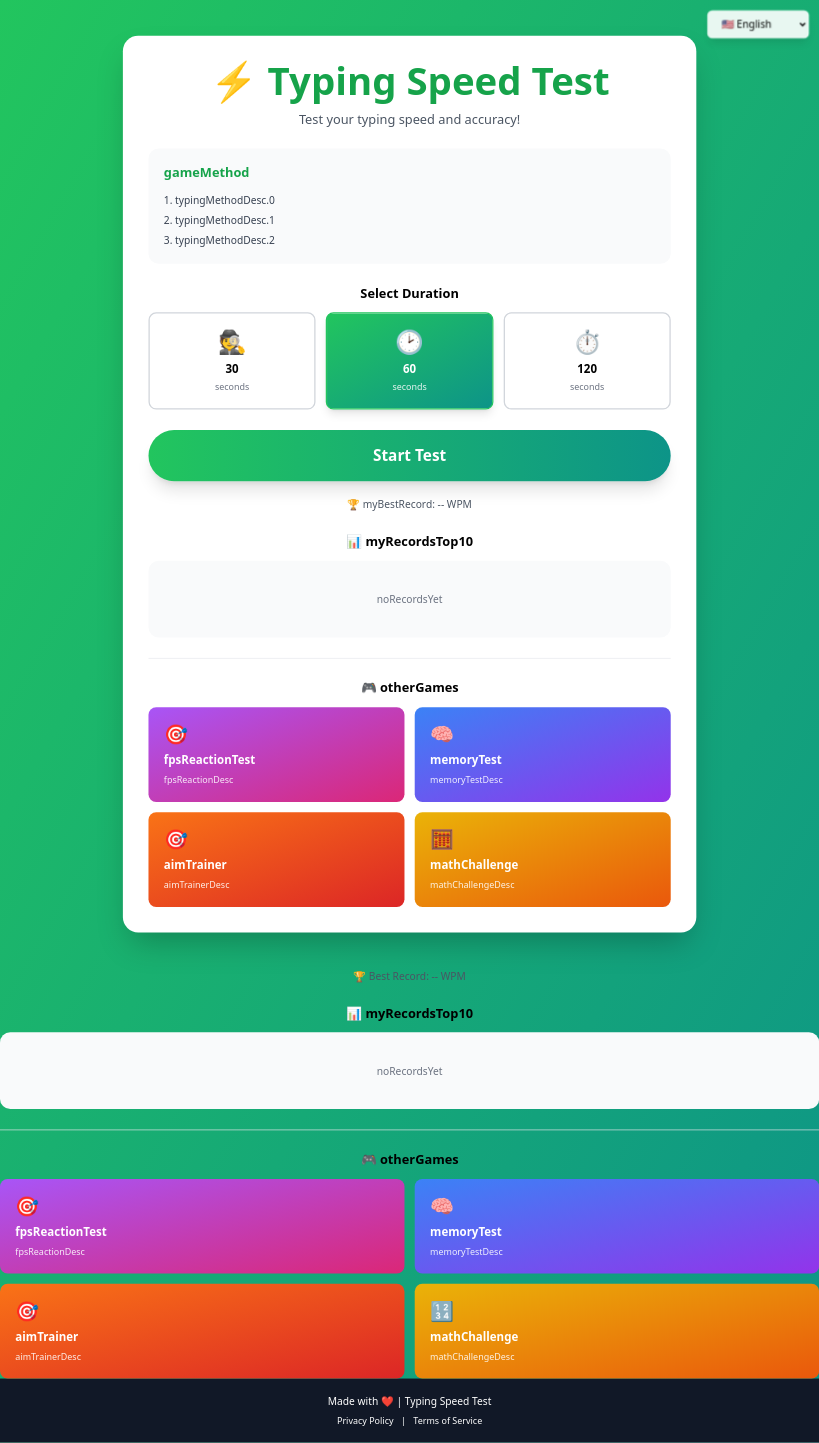
Repository: Lcmind/withjocoding
Page: typing-speed.html
The author's editor kept a copy of each file at every save. The page is drawn from the files as they stood at one save, then again after the next save.
The browser window is 1280 px wide. The pictures show the whole page, at 64% of full size.
Some web libraries are served in a nearby version.

Above is the page before, as saved 2026-01-13 22:01:29.

After the next save:
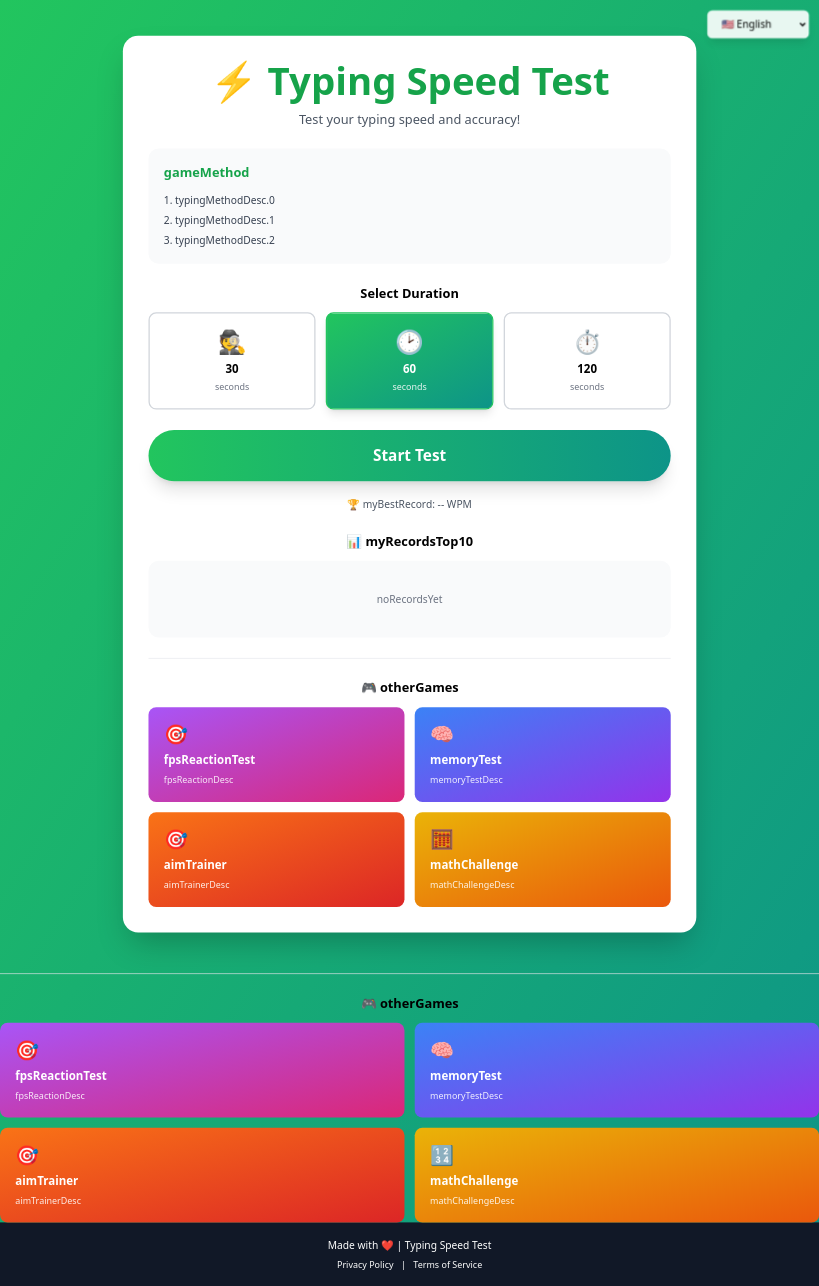
Saved 66 s later.
--- a/typing-speed.html
+++ b/typing-speed.html
@@ -154,19 +154,7 @@
       </div>
     </div>
   </div>
-      </button>
-
-      <div class="mt-6 text-center text-gray-600">
-        <p>🏆 <span data-i18n="bestRecord">Best Record</span>: <span id="best-record">-- WPM</span></p>
-      </div>
-
-      <!-- 내 기록 TOP 10 -->
-      <div class="mt-8">
-        <h3 class="text-xl font-bold text-center mb-4">📊 <span data-i18n="myRecordsTop10">My Top 10 Records</span></h3>
-        <div id="history-list" class="bg-gray-50 rounded-2xl p-4 max-h-80 overflow-y-auto">
-          <p class="text-center text-gray-500 py-8" data-i18n="noRecordsYet">No records yet. Start now!</p>
-        </div>
-      </div>
+
 
       <!-- 다른 게임 섹션 -->
       <div class="mt-8 border-t border-gray-200 pt-8">
